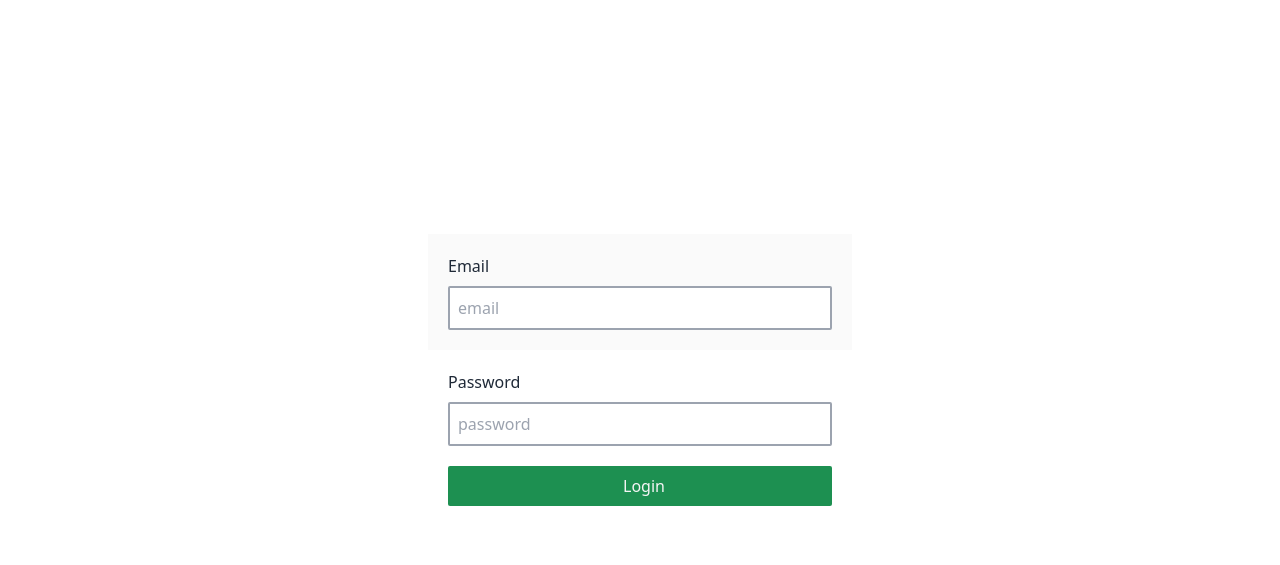
Repository: Sanaa00/Green-Exchange-AdminPanel
Page: /
The author's editor kept a copy of each file at every save. The page is drawn from the files as they stood at one save, then again after the next save.
The browser window is 1280 px wide. The pictures show the whole page.
The project was rebuilt for these pictures with package versions that can differ from the ones it lists, and the page was loaded fresh each time. Also part of the build but not shown: vite.config.js, src/Component/Pagination.jsx, src/Pages/HideProducts.jsx, src/features/products.jsx, src/Component/Loading.jsx, src/Pages/Products.jsx, src/Component/Logo.jsx, src/Component/Sidbar.jsx and 8 more.

Above is the page before, as saved 2024-01-29 20:56:12.

### src/main.jsx
import React from 'react';
import ReactDOM from 'react-dom/client';
import App from './App.jsx';
import './index.css';
import { BrowserRouter } from 'react-router-dom';
import { Provider } from 'react-redux';
import store from './store.jsx';

ReactDOM.createRoot(document.getElementById('root')).render(
  <React.StrictMode>
    <BrowserRouter>
      <Provider store={store}>
        <App />
      </Provider>
    </BrowserRouter>
  </React.StrictMode>,
);

### src/App.jsx
import { Route, Routes } from 'react-router-dom';
import './App.css';
import HideProducts from './Pages/HideProducts';
import Products from './Pages/Products';
import Sidbar from './Component/Sidbar';
import Dashboard from './Pages/Dashboard';
import Setting from './Pages/Setting';
import Login from './Pages/Login';

function App() {
  return (
    <>
      <Routes>
        <Route path="/sidbar" element={<Sidbar />}>
          <Route path="sidbar" element={<Dashboard />} />
          <Route path="products" element={<Products />} />
          <Route path="setting" element={<Setting />} />
          <Route path="hide" element={<HideProducts />} />
        </Route>
        <Route path="/" element={<Login />} />
      </Routes>
    </>
  );
}

export default App;

### src/store.jsx
import { configureStore } from '@reduxjs/toolkit';
import { apiSlice } from './features/api';
export const store = configureStore({
  reducer: {
    [apiSlice.reducerPath]: apiSlice.reducer,
  },
  middleware: (getDefaultMiddleware) =>
    getDefaultMiddleware().concat(apiSlice.middleware),
});
export default store;

### src/Pages/Login.jsx
import { useEffect, useState } from 'react';
import PrimaryButton from '../Component/PrimaryButton';
import { useLoginMutation } from '../features/auth';
import { Navigate } from 'react-router-dom';

function Login() {
  const [login, { data, isError, isLoading, isSuccess }] = useLoginMutation();
  // console.log(data?.data?.data?.data);
  const [formData, setFormData] = useState({
    email: '',
    password: '',
  });
  console.log('login', data?.data, isError, isLoading, isSuccess);
  const handleInput = (e) => {
    setFormData({ ...formData, [e.target.name]: e.target.value });
  };
  const handleFormData = () => {
    console.log(formData);
    login(formData);
    //add to route
  };

  // useEffect(() => {
  //   localStorage.setItem('admin', data?.data?.data);
  // }, [data]);
  useEffect(() => {
    if (!isError && !isLoading && data && data?.status == 'success') {
      //  data?.status == 'success'
      //  ?
      JSON.stringify(localStorage.setItem('admin', JSON.stringify(data?.data)));
      //  : setThereUser('user not found');
    }
  }, [data, isError, isLoading]);
  if (data?.status == 'success' && data?.data?.token)
    return <Navigate to="/sidbar" replace />;

  return (
    <div className="flex flex-col text-gray-800 items-center justify-center h-screen ">
      <div className="mt-5 flex flex-col bg-neutral-50 p-5">
        <label htmlFor="Username">Email</label>
        <input
          id="email"
          value={formData.email}
          onChange={(e) => handleInput(e)}
          required={true}
          name="email"
          className="mt-2 w-96 focus:outline-none border-2 py-2 rounded-sm p-2 hover:duration-300 duration-300 border-gray-400 hover:border-gray-500 focus:border-green"
          placeholder="email"
        />
      </div>

      <div className="mt-5 flex flex-col">
        <label htmlFor="Password">Password</label>
        <input
          id="password"
          value={formData.password}
          onChange={(e) => handleInput(e)}
          required={true}
          name="password"
          className="mt-2 w-96 focus:outline-none border-2 py-2 rounded-sm p-2 hover:duration-300 duration-300 border-gray-400 hover:border-gray-500 focus:border-green "
          placeholder="password"
        />
      </div>
      <div className="mt-5">
        <PrimaryButton
          text="Login"
          color={'green'}
          widthbutton={'24rem'}
          textColor="neutral-100"
          align={'center'}
          onClick={() => handleFormData()}
        />
      </div>
    </div>
  );
}

export default Login;

### src/features/api.jsx
import { createApi, fetchBaseQuery } from '@reduxjs/toolkit/query/react';

export const apiSlice = createApi({
  reducerPath: 'api',
  baseQuery: fetchBaseQuery({
    baseUrl: import.meta.env.VITE_BACK_END,
    //     tagTypes: ['userData', 'products', 'profile'],
    prepareHeaders: (headers) => {
      const data = JSON.parse(localStorage.getItem('userData'));
      const token = data?.token;
      if (token) {
        headers.set('Authorization', `Bearer ${token}`);
      }

      return headers;
    },
  }),
  endpoints: () => ({}),
});

### utility.jsx
import { BiSolidDashboard } from 'react-icons/bi';
import { TbShoe } from 'react-icons/tb';
import { TbShoeOff } from 'react-icons/tb';
import { IoSettingsSharp } from 'react-icons/io5';
import { FaRegUser } from 'react-icons/fa6';
import { TbProgress } from 'react-icons/tb';
import { FiActivity } from 'react-icons/fi';
export const sidbarItem = [
  {
    id: 1,
    name: 'Dashboard',
    url: 'sidbar',
    icon: <BiSolidDashboard className="w-6 h-6" />,
  },
  {
    id: 2,
    name: 'Products',
    url: 'products',
    icon: <TbShoe className="w-6 h-6" />,
  },
  {
    id: 3,
    name: 'Hide Products',
    url: 'hide',
    icon: <TbShoeOff className="w-6 h-6" />,
  },
  {
    id: 4,
    name: 'Setting',
    url: 'setting',
    icon: <IoSettingsSharp className="w-6 h-6" />,
  },
];
export const products = [
  {
    id: 1,
    name: 'product 1',
    url: 'https://images.unsplash.com/photo-1560769629-975ec94e6a86?q=80&w=1964&auto=format&fit=crop&ixlib=rb-4.0.3&ixid=M3wxMjA3fDB8MHxwaG90by1wYWdlfHx8fGVufDB8fHx8fA%3D%3D',
  },
  {
    id: 2,
    name: 'product 2',
    url: 'https://images.unsplash.com/photo-1560769629-975ec94e6a86?q=80&w=1964&auto=format&fit=crop&ixlib=rb-4.0.3&ixid=M3wxMjA3fDB8MHxwaG90by1wYWdlfHx8fGVufDB8fHx8fA%3D%3D',
  },
  {
    id: 3,
    name: 'product 3',
    url: 'https://images.unsplash.com/photo-1560769629-975ec94e6a86?q=80&w=1964&auto=format&fit=crop&ixlib=rb-4.0.3&ixid=M3wxMjA3fDB8MHxwaG90by1wYWdlfHx8fGVufDB8fHx8fA%3D%3D',
  },
  {
    id: 4,
    name: 'product 4',
    url: 'https://images.unsplash.com/photo-1560769629-975ec94e6a86?q=80&w=1964&auto=format&fit=crop&ixlib=rb-4.0.3&ixid=M3wxMjA3fDB8MHxwaG90by1wYWdlfHx8fGVufDB8fHx8fA%3D%3D',
  },
  {
    id: 5,
    name: 'product 5',
    url: 'https://images.unsplash.com/photo-1560769629-975ec94e6a86?q=80&w=1964&auto=format&fit=crop&ixlib=rb-4.0.3&ixid=M3wxMjA3fDB8MHxwaG90by1wYWdlfHx8fGVufDB8fHx8fA%3D%3D',
  },
  {
    id: 6,
    name: 'product 6',
    url: 'https://images.unsplash.com/photo-1560769629-975ec94e6a86?q=80&w=1964&auto=format&fit=crop&ixlib=rb-4.0.3&ixid=M3wxMjA3fDB8MHxwaG90by1wYWdlfHx8fGVufDB8fHx8fA%3D%3D',
  },
];

export const UnHideProducts = [
  {
    id: 1,
    name: 'product 1',
    url: 'https://images.unsplash.com/photo-1560769629-975ec94e6a86?q=80&w=1964&auto=format&fit=crop&ixlib=rb-4.0.3&ixid=M3wxMjA3fDB8MHxwaG90by1wYWdlfHx8fGVufDB8fHx8fA%3D%3D',
  },
  {
    id: 2,
    name: 'product 2',
    url: 'https://images.unsplash.com/photo-1560769629-975ec94e6a86?q=80&w=1964&auto=format&fit=crop&ixlib=rb-4.0.3&ixid=M3wxMjA3fDB8MHxwaG90by1wYWdlfHx8fGVufDB8fHx8fA%3D%3D',
  },
  {
    id: 3,
    name: 'product 3',
    url: 'https://images.unsplash.com/photo-1560769629-975ec94e6a86?q=80&w=1964&auto=format&fit=crop&ixlib=rb-4.0.3&ixid=M3wxMjA3fDB8MHxwaG90by1wYWdlfHx8fGVufDB8fHx8fA%3D%3D',
  },
  {
    id: 4,
    name: 'product 4',
    url: 'https://images.unsplash.com/photo-1560769629-975ec94e6a86?q=80&w=1964&auto=format&fit=crop&ixlib=rb-4.0.3&ixid=M3wxMjA3fDB8MHxwaG90by1wYWdlfHx8fGVufDB8fHx8fA%3D%3D',
  },
  {
    id: 5,
    name: 'product 5',
    url: 'https://images.unsplash.com/photo-1560769629-975ec94e6a86?q=80&w=1964&auto=format&fit=crop&ixlib=rb-4.0.3&ixid=M3wxMjA3fDB8MHxwaG90by1wYWdlfHx8fGVufDB8fHx8fA%3D%3D',
  },
  {
    id: 6,
    name: 'product 6',
    url: 'https://images.unsplash.com/photo-1560769629-975ec94e6a86?q=80&w=1964&auto=format&fit=crop&ixlib=rb-4.0.3&ixid=M3wxMjA3fDB8MHxwaG90by1wYWdlfHx8fGVufDB8fHx8fA%3D%3D',
  },
];

export const total = [
  {
    id: 1,
    name: 'total user',
    icon: <FaRegUser />,
    number: 20,
  },
  {
    id: 2,
    name: 'total Activity',
    icon: <FiActivity />,
    number: 20,
  },
  {
    id: 3,
    name: 'total Product',
    icon: <TbShoe className="w-10 h-10" />,
    number: 20,
  },
  {
    id: 4,
    name: 'total order',
    icon: <TbProgress />,
    number: 20,
  },
];

### src/Component/PrimaryButton.jsx
/* eslint-disable react/prop-types */
// eslint-disable-next-line react/prop-types
function PrimaryButton({
  widthbutton,
  text,
  icon,
  color,
  textColor,
  align,
  onClick,
}) {
  return (
    <button
      onClick={onClick}
      //  onclick={onclick}
      style={{ width: widthbutton }}
      className={`rounded-sm py-1 text-neutral0 flex items-center bg-${color} text-${textColor} py-2 text-${align}`}
    >
      {icon}
      <span className="ml-2 w-full">{text}</span>
    </button>
  );
}

export default PrimaryButton;

### src/features/auth.jsx
import { apiSlice } from './api';

const authApi = apiSlice.injectEndpoints({
  endpoints: (builder) => ({
    signup: builder.mutation({
      query: (body) => ({
        url: 'api/user/signupauth/',
        method: 'POST',
        body: body,
      }),
    }),

    login: builder.mutation({
      query: (body) => ({
        url: 'api/user/admin',
        method: 'POST',
        body: body,
      }),
      invalidatesTags: ['userData'],
    }),
  }),
});

export const { useSignupMutation, useLoginMutation } = authApi;

### tailwind.config.js
/** @type {import('tailwindcss').Config} */
export default {
  content: ['./index.html', './src/**/*.{js,ts,jsx,tsx}'],
  theme: {
    extend: {
      fontFamily: {
        english: 'english',
        kurdish: 'kurdish',
        ubuntu: 'ubuntu',
      },
      colors: {
        green: '#1d9051',
        jade: {
          50: '#ebfef6',
          100: '#d0fbe6',
          200: '#a4f6d2',
          300: '#6aebbc',
          400: '#2fd89f',
          500: '#0abf88',
          600: '#00aa7a',
          700: '#007c5c',
          800: '#03624a',
          900: '#04503e',
          950: '#012d24',
        },
      },
    },
  },
  plugins: [],
};

// TODO:
// 1 - loading
// 2 - checky lengthy productakan bkamwa agar 0 bu illustration dabnem
// 3 - pagination tawaw kam katek data habu
// 4-

Loaded but not shown: index.html (common file); src/index.css (common file); src/App.css (common file)

After the next save:
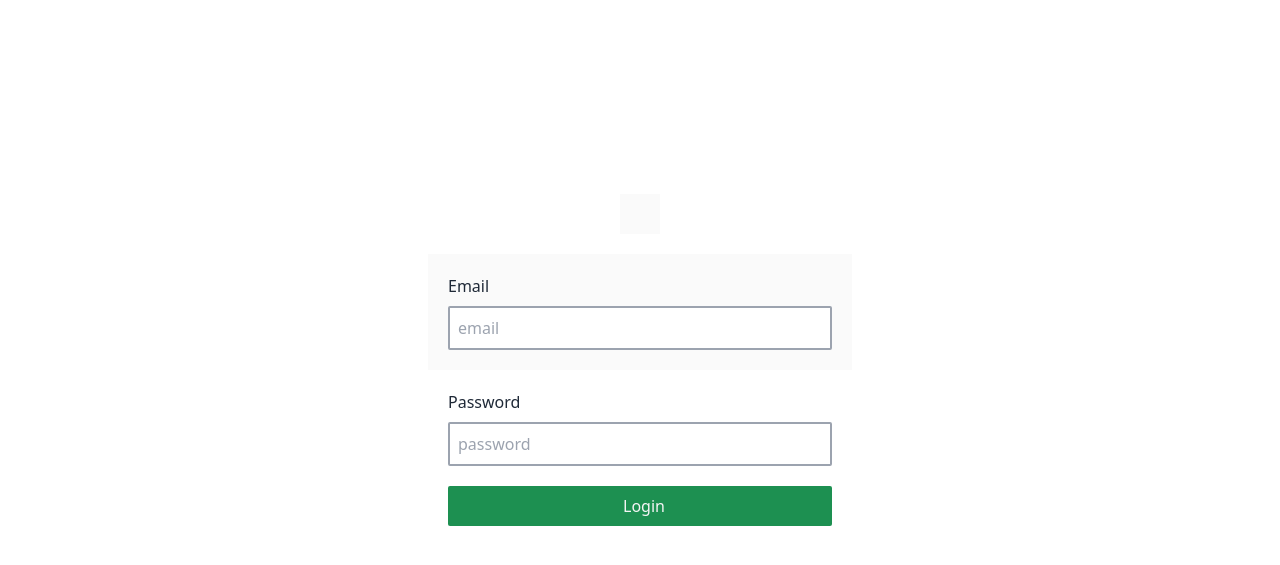
Saved 38 s later.
--- a/src/Pages/Login.jsx
+++ b/src/Pages/Login.jsx
@@ -36,6 +36,7 @@ function Login() {
 
   return (
     <div className="flex flex-col text-gray-800 items-center justify-center h-screen ">
+      <div className="bg-neutral-50 p-5"></div>
       <div className="mt-5 flex flex-col bg-neutral-50 p-5">
         <label htmlFor="Username">Email</label>
         <input
